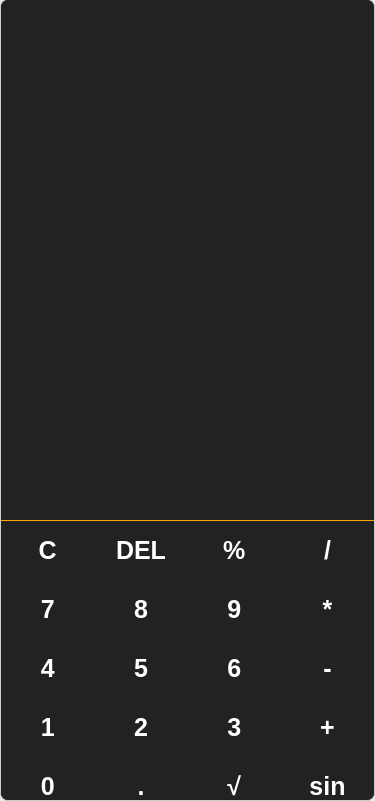
Repository: JuliusMonday/myCalculator
Page: index.html
An editor plug-in stored every save of this project. The page is shown before and after the next save, followed by the edit.
The browser window is 375 px wide. The pictures show the whole page.

Above is the page before, as saved 2024-05-31 09:13:44.

### index.html
<!DOCTYPE html>
<html lang="en">
<head>
    <meta charset="UTF-8">
    <meta name="viewport" content="width=device-width, initial-scale=1.0">
    <title>JuliusCalc - Scientific Calculator</title>
    <link rel="stylesheet" href="styles.css">
</head>
<body>
    <div class="calculator">
        <div class="display">
            <input type="text" id="result" disabled>
        </div>
        <div class="buttons">
            <button onclick="clearDisplay()" class="oranges">C</button>
            <button onclick="deleteChar()" class="oranges">DEL</button>
            <button onclick="appendChar('%')" class="oranges">%</button>
            <button onclick="appendChar('/')" class="oranges">/</button>

            <button onclick="appendChar('7')">7</button>
            <button onclick="appendChar('8')">8</button>
            <button onclick="appendChar('9')">9</button>
            <button onclick="appendChar('*')" class="oranges">*</button>

            <button onclick="appendChar('4')">4</button>
            <button onclick="appendChar('5')">5</button>
            <button onclick="appendChar('6')">6</button>
            <button onclick="appendChar('-')" class="oranges">-</button>

            <button onclick="appendChar('1')">1</button>
            <button onclick="appendChar('2')">2</button>
            <button onclick="appendChar('3')">3</button>
            <button onclick="appendChar('+')" class="oranges">+</button>

            <button onclick="appendChar('0')">0</button>
            <button onclick="appendChar('.')">.</button>
            <button onclick="appendChar('Math.sqrt(')">√</button>

            <button onclick="appendChar('Math.sin(')" class="oranges">sin</button>
            <button onclick="appendChar('Math.cos(')" class="oranges">cos</button>
            <button onclick="appendChar('Math.log(')">log</button>
            <button onclick="calculate()" class="equals">=</button>
        </div>
        <marquee><p><b>JuliusCalc||</b> <em>Created by Julius</em></p></marquee>
    </div>
    <script src="index.js"></script>
</body>
</html>

### styles.css
body {
    display: flex;
    justify-content: center;
    align-items: center;
    height: 100vh;
    background-color: #f0f0f0;
    font-family: 'Arial', sans-serif;
    margin: 0;
}

.calculator {
    width: 300px;
    border: 1px solid #ccc;
    border-radius: 8px;
    overflow: hidden;
    box-shadow: 0 0 10px rgba(0, 0, 0, 0.1);
    background-color: #ffffff;
}

.display {
    background-color: #222;
    color: #fff;
    padding: 0;
    font-size: 24px;
    position: relative;
    height: 60px;
    display: flex;
    align-items: flex-end;
    padding-right: 10px;
}

.display input {
    width: 100%;
    border: none;
    background: none;
    color: #fff;
    text-align: right;
    font-size: 24px;
    padding: 0;
    box-sizing: border-box;
    line-height: 60px;
    height: 60px;
}

.buttons {
    display: grid;
    grid-template-columns: repeat(4, 1fr);
}

button {
    padding: 20px;
    font-size: 18px;
    border: 1px solid #ccc;
    background-color: #fff;
    cursor: pointer;
    transition: background-color 0.2s;
}

button:hover {
    background-color: #f0f0f0;
}

button:active {
    background-color: #ddd;
    color:#222;
}

/* Responsive Design */
@media (max-width: 600px) {
    .calculator {
        width: 100%;
        height: 100%;
        border-radius: 5;
        background-color:#222;
    }
    .display {
        padding: 10px;
        font-size: 20px;
        height: 500px;
        border-bottom: 1px solid #FFA500 ;
    }
    button {
        padding: 15px;
        font-size: 25px;
        background-color:#222;
        color: #fff;
        border: none;
        font-weight: bold;

    }
    .oranges{

    }
    p{
        color:#FFA500;
    }
}

### index.js
// script.js

function appendChar(char) {
    document.getElementById('result').value += char;
}

function clearDisplay() {
    document.getElementById('result').value = '';
}

function deleteChar() {
    let currentDisplay = document.getElementById('result').value;
    document.getElementById('result').value = currentDisplay.slice(0, -1);
}

function calculate() {
    try {
        let expression = document.getElementById('result').value;

        // Automatically close any opened parentheses
        let openParenthesisCount = (expression.match(/\(/g) || []).length;
        let closeParenthesisCount = (expression.match(/\)/g) || []).length;
        let missingCloseParenthesis = openParenthesisCount - closeParenthesisCount;

        for (let i = 0; i < missingCloseParenthesis; i++) {
            expression += ')';
        }

        let result = eval(expression);
        document.getElementById('result').value = result;
    } catch (error) {
        document.getElementById('result').value = 'Error';
    }
}

After the next save:
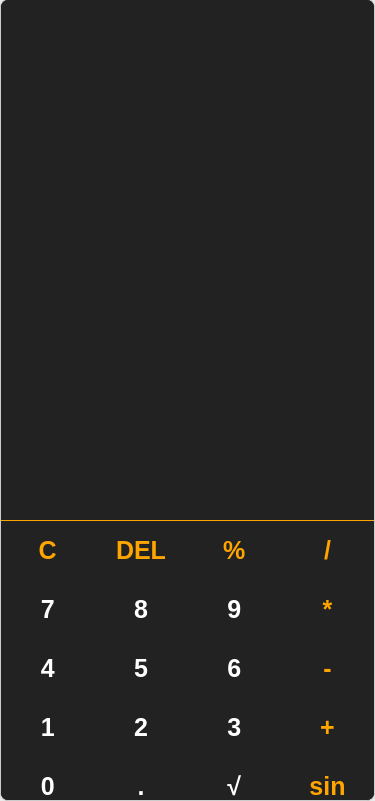
Saved 8 s later.
--- a/styles.css
+++ b/styles.css
@@ -89,7 +89,7 @@ button:active {
 
     }
     .oranges{
-
+        color:#FFA500;
     }
     p{
         color:#FFA500;
